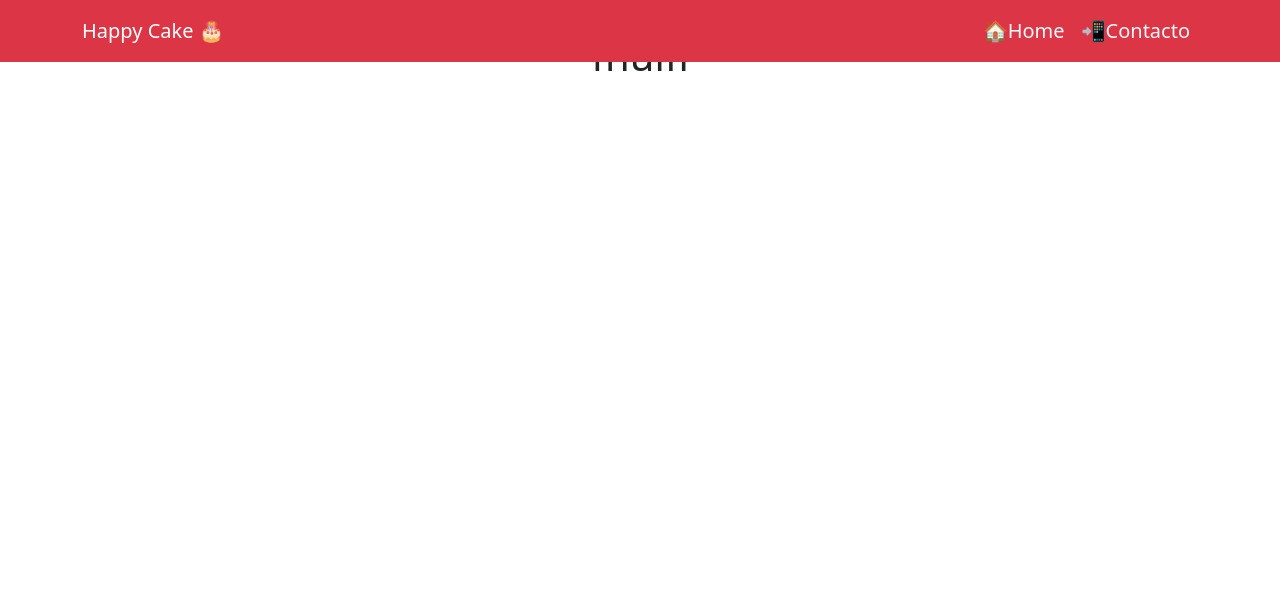
Repository: cvalenciapatagonia/Desafio-1-React-II
Page: /contacto
The author's editor kept a copy of each file at every save. The page is drawn from the files as they stood at one save, then again after the next save.
The browser window is 1280 px wide. The pictures show the whole page.
The project was rebuilt for these pictures with package versions that can differ from the ones it lists, and the page was loaded fresh each time. Also part of the build but not shown: vite.config.js, src/views/Home.jsx.

Above is the page before, as saved 2023-09-22 13:25:11.

### src/App.jsx
import "./App.css";
import "bootstrap/dist/css/bootstrap.min.css";
import { BrowserRouter, Routes, Route } from "react-router-dom";

import Navbar from "./components/Navbar";
import Home from "./views/Home";
import Contacto from "./views/Contacto"
function App() {
  return (
    <>
      <div>
        <BrowserRouter>
          <Navbar />

          <Routes>
            <Route path="/" element={<Home />} />
            <Route path="/contacto" element={<Contacto />} />
          </Routes>
        </BrowserRouter>
      </div>
    </>
  );
}

export default App;

### src/index.css
header{
  background-color: blue;
}

### src/components/Navbar.jsx
import React from "react";
import { Link } from "react-router-dom";

export default function Navigation() {
  return (
    <>
      <header>
        <nav className="navbar navbar-expand-lg navbar-dark fixed-top navbar-custom bg-danger">
          <div className="container">
            <div className="navbar-brand">Happy Cake 🎂</div>
            <button
              className="navbar-toggler"
              type="button"
              data-bs-toggle="collapse"
              data-bs-target="#navbarTogglerDemo01"
              aria-controls="navbarTogglerDemo01"
              aria-expanded="false"
              aria-label="Toggle navigation"
            >
              <span className="navbar-toggler-icon"></span>
            </button>
            <div
              className="collapse navbar-collapse"
              id="navbarTogglerDemo01"
            >
              <ul className="navbar-nav ms-auto mb-2 mb-lg-0 fs-5">
                <li className="nav-item">
                  <Link className="nav-link active text-light" to="/home">🏠Home</Link>
                </li>
                <li className="nav-item">
                  <Link className="nav-link active text-light" to="/contacto">📲Contacto</Link>
                </li>
              </ul>
            </div>
          </div>
        </nav>
      </header>
    </>
  );
}

### src/views/Contacto.jsx
import React, { Component } from 'react'

export class Contacto extends Component {
  render() {
    return (
      <div>
        <h1>fhuifi</h1>
      </div>
    )
  }
}

export default Contacto

Loaded but not shown: index.html (common file); src/main.jsx (common file); src/App.css (common file)

After the next save:
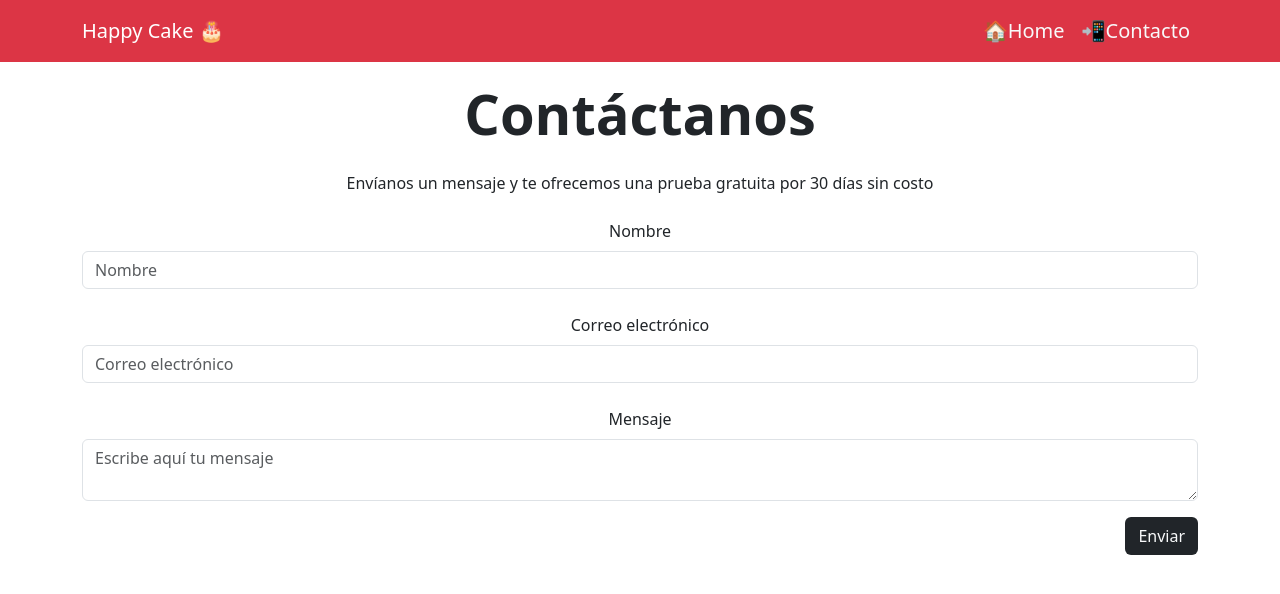
Saved 3 min 25 s later.
--- a/src/views/Contacto.jsx
+++ b/src/views/Contacto.jsx
@@ -1,13 +1,49 @@
-import React, { Component } from 'react'
+import React, { Component } from "react";
 
 export class Contacto extends Component {
   render() {
     return (
       <div>
-        <h1>fhuifi</h1>
+        <section id="Contacto">
+          <div className="form-container container my-5">
+            <h2 className="display-4 fw-bold text-center my-4">Contáctanos</h2>
+
+            <p className="text-center my-4 d-none d-md-block">
+              Envíanos un mensaje y te ofrecemos una prueba gratuita por 30 días
+              sin costo
+            </p>
+
+            <form>
+              <div className="form-group mb-4">
+                <label className="mb-2">Nombre</label>
+                <input className="form-control" placeholder="Nombre" />
+              </div>
+
+              <div className="form-group mb-4">
+                <label className="mb-2">Correo electrónico</label>
+                <input
+                  className="form-control"
+                  placeholder="Correo electrónico"
+                />
+              </div>
+
+              <div className="form-group">
+                <label className="mb-2">Mensaje</label>
+                <textarea
+                  className="form-control"
+                  placeholder="Escribe aquí tu mensaje"
+                ></textarea>
+              </div>
+
+              <div className="my-3 text-end">
+                <button className="btn bg-dark text-light">Enviar</button>
+              </div>
+            </form>
+          </div>
+        </section>
       </div>
-    )
+    );
   }
 }
 
-export default Contacto
+export default Contacto;
